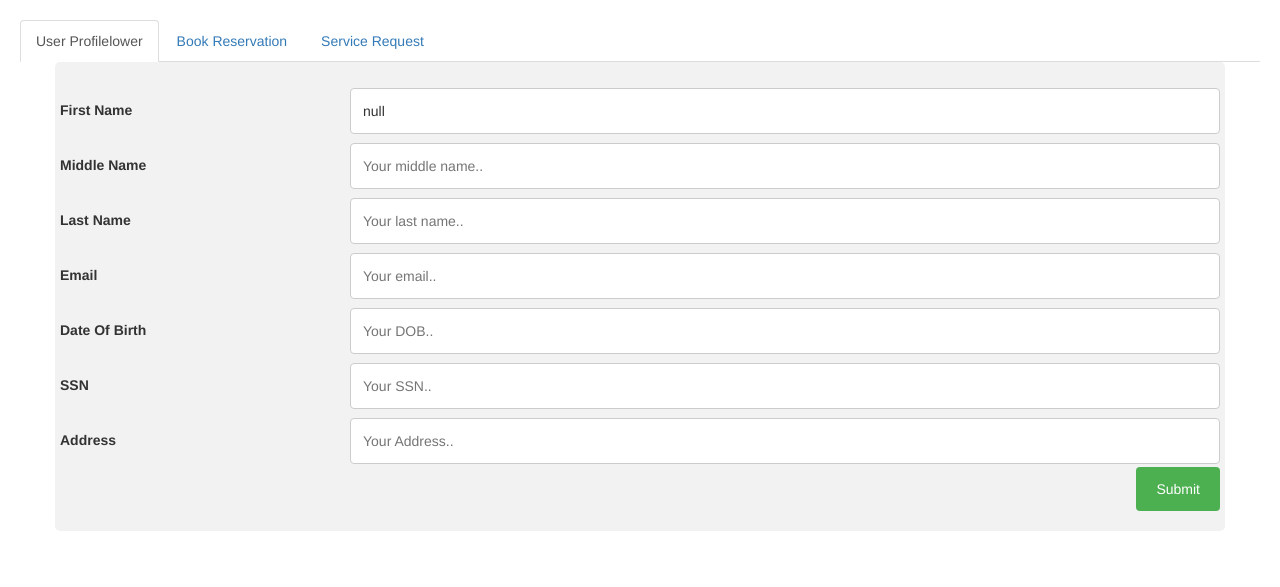
Repository: accentur/CSC507
Page: http://localhost/CSC507/userCustomerLoggedIn
The author's editor kept a copy of each file at every save. The page is drawn from the files as they stood at one save, then again after the next save.
The browser window is 1280 px wide. The pictures show the whole page.
The page is served by Tomcat 9.

Above is the page before, as saved 2019-02-09 22:40:00.

After the next save:
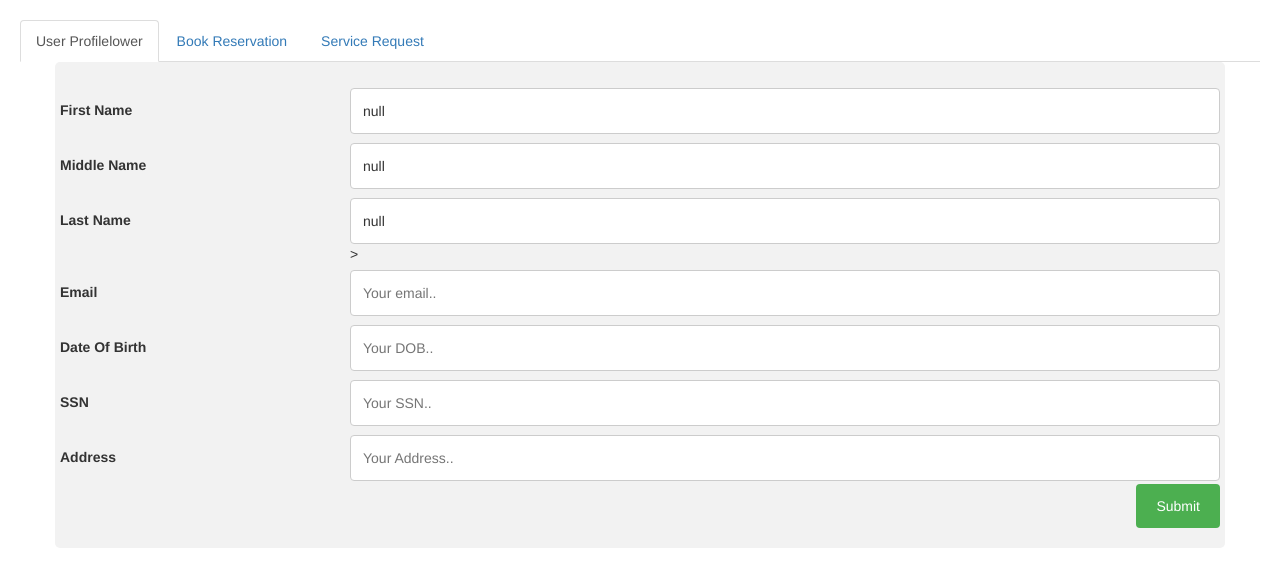
Saved 46 s later.
--- a/CSC507/src/main/webapp/userRegistration.jsp
+++ b/CSC507/src/main/webapp/userRegistration.jsp
@@ -13,7 +13,7 @@
       <label for="lname">Middle Name</label>
     </div>
     <div class="col-75">
-      <input type="text" id="lname" name="middlename" placeholder="Your middle name..">
+      <input type="text" id="lname" name="middlename" placeholder="Your middle name.." value="<%= request.getAttribute("middlename")%>">
     </div>
   </div>
     <div class="row">
@@ -21,7 +21,7 @@
       <label for="lname">Last Name</label>
     </div>
     <div class="col-75">
-      <input type="text" id="lname" name="lastname" placeholder="Your last name..">
+      <input type="text" id="lname" name="lastname" placeholder="Your last name.." value="<%= request.getAttribute("lastname")%>">>
     </div>
   </div>
    <div class="row">

After the save that followed:
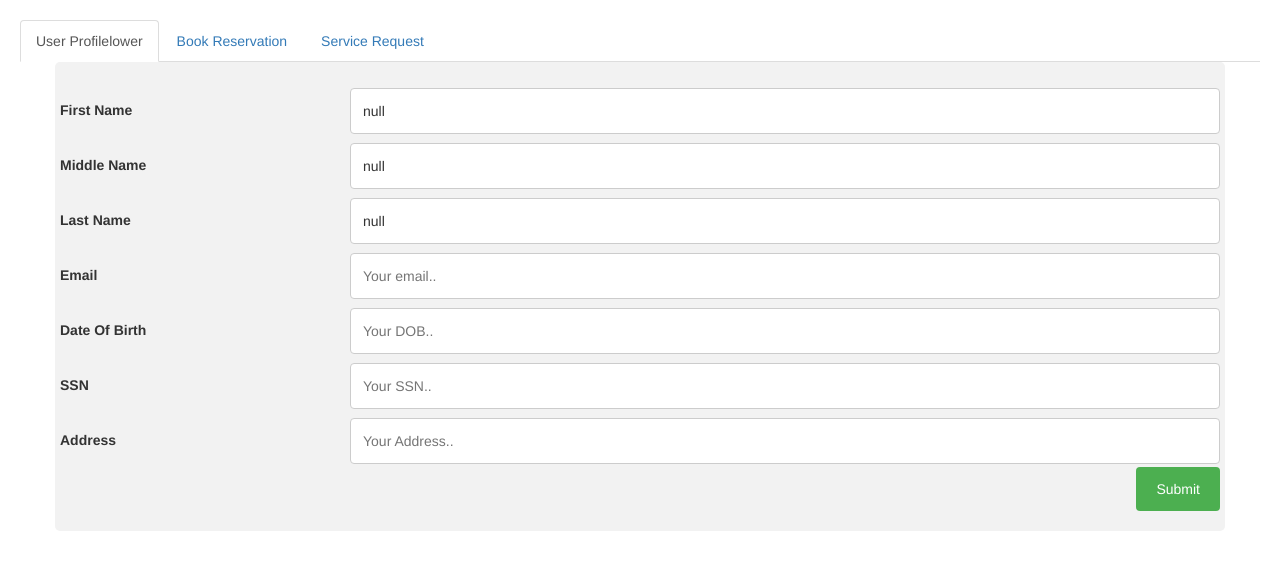
Saved 22 s later.
--- a/CSC507/src/main/webapp/userRegistration.jsp
+++ b/CSC507/src/main/webapp/userRegistration.jsp
@@ -21,7 +21,7 @@
       <label for="lname">Last Name</label>
     </div>
     <div class="col-75">
-      <input type="text" id="lname" name="lastname" placeholder="Your last name.." value="<%= request.getAttribute("lastname")%>">>
+      <input type="text" id="lname" name="lastname" placeholder="Your last name.." value="<%= request.getAttribute("firstname")%>" >
     </div>
   </div>
    <div class="row">
